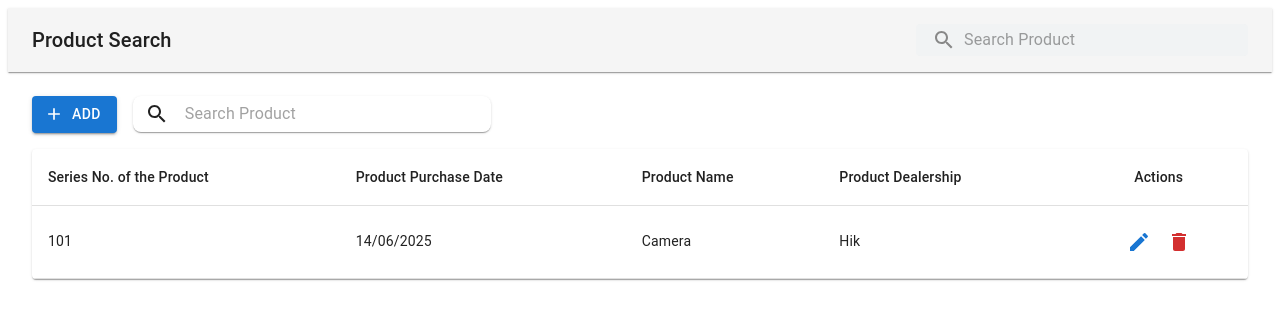
Repository: Sharathguru/Product_Task
Page: / (app in Frontend/)
These files come from the project's save history. The page is drawn as it stood at one moment and after the next save; the edit follows.
The browser window is 1280 px wide. The pictures show the whole page.
The project was rebuilt for these pictures with package versions that can differ from the ones it lists, and the page was loaded fresh each time. Requests to the local data server were answered from the project's data file. Also part of the build but not shown: Frontend/vite.config.js, Frontend/src/index.css, Frontend/src/Pages/Insert.jsx, Frontend/src/Pages/Update.jsx, Frontend/src/Pages/Delete.jsx.

Above is the page before, as saved 2025-06-13 15:10:12.

### Frontend/src/App.jsx
import React from 'react'
import { BrowserRouter, Route, Routes } from 'react-router-dom'
import { ToastContainer } from 'react-toastify';
import 'react-toastify/dist/ReactToastify.css';
import Home from './Components/Home'
import Insert from './Pages/Insert'
import Update from './Pages/Update'
import Fetch from './Pages/Fetch'
import Delete from './Pages/Delete'

const App = () => {
  return (
    <>
      <ToastContainer position="top-right" autoClose={2000} />
      <BrowserRouter>
      <Routes>
        <Route path="/" element={<Home />} />
        <Route path="/insert" element={<Insert />} />
        <Route path="/update" element={<Update />} />
        <Route path="/fetch" element={<Fetch />} />
        <Route path="/delete" element={<Delete />} />
      </Routes>
        {/* <Route path="*" element={<h1>404 Not Found</h1>} /> */}
      </BrowserRouter>
    </>
  )
}

export default App

### Frontend/src/Components/Home.jsx
import React from "react";
import Navbar from "./Navbar";
import Fetch from "../Pages/Fetch";

const Home = () => {
  const [search, setSearch] = React.useState("");

  return (
    <div>
      <Navbar search={search} setSearch={setSearch} />
      <Fetch search={search} />
    </div>
  );
};

export default Home;

### Frontend/src/Pages/Fetch.jsx
import React from "react";
import axios from "../axios/axios.js";
import { useNavigate } from "react-router-dom";
import DeleteIcon from "@mui/icons-material/Delete";
import EditIcon from "@mui/icons-material/Edit";
import AddIcon from "@mui/icons-material/Add";
import Table from "@mui/material/Table";
import TableBody from "@mui/material/TableBody";
import TableCell from "@mui/material/TableCell";
import TableContainer from "@mui/material/TableContainer";
import TableHead from "@mui/material/TableHead";
import TableRow from "@mui/material/TableRow";
import Paper from "@mui/material/Paper";
import IconButton from "@mui/material/IconButton";
import InputBase from "@mui/material/InputBase";
import Box from "@mui/material/Box";
import SearchIcon from "@mui/icons-material/Search";
import Button from "@mui/material/Button";
import { toast } from "react-toastify";

const Fetch = ({ search }) => {
  const [products, setProducts] = React.useState([]);
  const [error, setError] = React.useState("");
  const navigate = useNavigate();

  const fetchData = async () => {
    try {
      const res = await axios.get("/user");
      setProducts(res.data);
    } catch (err) {
      setError("Failed to fetch data.");
    }
  };

  React.useEffect(() => {
    fetchData();
  }, []);

  const handleDelete = async (seriesNo) => {
    if (!window.confirm("Are you sure you want to delete this product?")) return;
    try {
      await axios.delete(`/user/${seriesNo}`);
      setProducts(products.filter((item) => item.Series_No !== seriesNo));
      toast.success("Product deleted successfully!");
    } catch {
      toast.error("Delete failed.");
    }
  };

  const handleEdit = (seriesNo) => {
    navigate(`/update`, { state: { seriesNo } });
  };

  const handleAdd = () => {
    navigate("/insert");
  };

  const filteredProducts = products.filter((item) =>
    Object.values(item)
      .join(" ")
      .toLowerCase()
      .includes(search.toLowerCase())
  );

  return (
    <Box sx={{ p: 3 }}>
      <Box sx={{ display: "flex", alignItems: "center", mb: 2 }}>
        <Button
          variant="contained"
          color="primary"
          startIcon={<AddIcon />}
          onClick={handleAdd}
          sx={{ mr: 2 }}
        >
          Add
        </Button>
        <Paper
          component="form"
          sx={{
            p: "2px 4px",
            display: "flex",
            alignItems: "center",
            width: 350,
            borderRadius: 2,
            boxShadow: 1,
          }}
        >
          <SearchIcon sx={{ ml: 1, mr: 1 }} />
          <InputBase
            sx={{ ml: 1, flex: 1 }}
            placeholder="Search Product"
            inputProps={{ "aria-label": "search product" }}
            value={search}
            onChange={(e) => setSearch(e.target.value)}
          />
        </Paper>
      </Box>
      <TableContainer component={Paper}>
        <Table>
          <TableHead>
            <TableRow>
              <TableCell>Series No. of the Product</TableCell>
              <TableCell>Product Purchase Date</TableCell>
              <TableCell>Product Name</TableCell>
              <TableCell>Product Dealership</TableCell>
              <TableCell align="center">Actions</TableCell>
            </TableRow>
          </TableHead>
          <TableBody>
            {filteredProducts.map((item, idx) => (
              <TableRow key={item.Series_No + idx}>
                <TableCell>{item.Series_No}</TableCell>
                <TableCell>
                  {item.Product_Purchase_Date &&
                    !isNaN(new Date(item.Product_Purchase_Date)) &&
                    new Date(item.Product_Purchase_Date).toLocaleDateString("en-GB")}
                </TableCell>
                <TableCell>{item.Product_Name}</TableCell>
                <TableCell>{item.Product_Dealership}</TableCell>
                <TableCell align="center">
                  <IconButton
                    color="primary"
                    onClick={() => handleEdit(item.Series_No)}
                  >
                    <EditIcon />
                  </IconButton>
                  <IconButton
                    color="error"
                    onClick={() => handleDelete(item.Series_No)}
                  >
                    <DeleteIcon />
                  </IconButton>
                </TableCell>
              </TableRow>
            ))}
            {filteredProducts.length === 0 && (
              <TableRow>
                <TableCell colSpan={5} align="center">
                  No products found.
                </TableCell>
              </TableRow>
            )}
          </TableBody>
        </Table>
      </TableContainer>
      {error && <p style={{ color: "red" }}>{error}</p>}
    </Box>
  );
};

export default Fetch;

### Frontend/src/Components/Navbar.jsx
import React from "react";
import AppBar from "@mui/material/AppBar";
import Toolbar from "@mui/material/Toolbar";
import Typography from "@mui/material/Typography";
import Box from "@mui/material/Box";
import InputBase from "@mui/material/InputBase";
import SearchIcon from "@mui/icons-material/Search";

const Navbar = ({ search, setSearch }) => {
  return (
    <AppBar position="static" color="default" elevation={1}>
      <Toolbar>
        <Box sx={{ display: "flex", alignItems: "center", flexGrow: 1 }}>
          <Typography variant="h6" color="inherit" noWrap>
            Product Search
          </Typography>
        </Box>
        <Box
          sx={{
            position: "relative",
            borderRadius: 1,
            backgroundColor: "#f1f3f4",
            marginLeft: 0,
            width: 300,
            display: "flex",
            alignItems: "center",
            px: 2,
          }}
        >
          <SearchIcon sx={{ color: "#888", mr: 1 }} />
          <InputBase
            placeholder="Search Product"
            inputProps={{ "aria-label": "search" }}
            fullWidth
            value={search}
            onChange={(e) => setSearch(e.target.value)}
          />
        </Box>
      </Toolbar>
    </AppBar>
  );
};

export default Navbar;

### Frontend/src/axios/axios.js
import axios from 'axios'

const instance = axios.create({
    baseURL: 'http://localhost:3000'
})
export default instance

### Frontend/backend/db.json
{
  "user": [

    {
      "id": "2793",
      "Series_No": "101",
      "Product_Purchase_Date": "2025-06-14",
      "Product_Name": "Camera",
      "Product_Dealership": "Hik"
    }
  ]
}

Loaded but not shown: Frontend/index.html (common file); Frontend/src/main.jsx (common file)

After the next save:
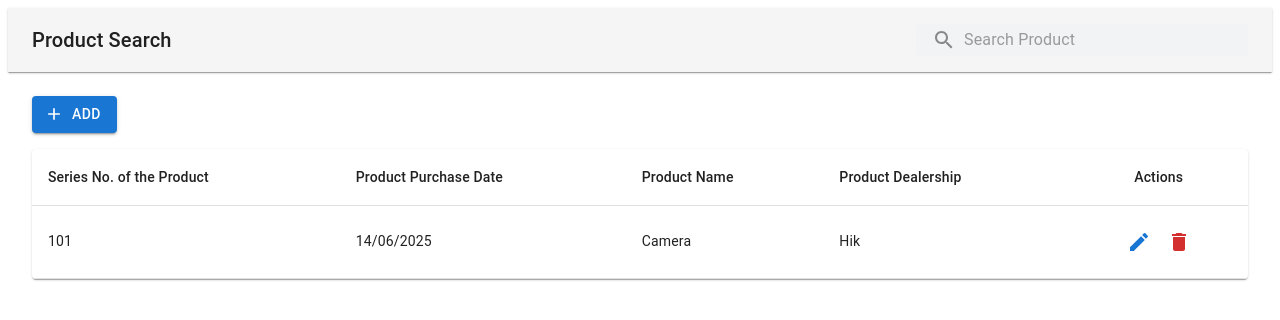
Saved 7 s later.
--- a/Frontend/src/Pages/Fetch.jsx
+++ b/Frontend/src/Pages/Fetch.jsx
@@ -74,7 +74,7 @@ const Fetch = ({ search }) => {
         >
           Add
         </Button>
-        <Paper
+        {/* <Paper
           component="form"
           sx={{
             p: "2px 4px",
@@ -93,7 +93,7 @@ const Fetch = ({ search }) => {
             value={search}
             onChange={(e) => setSearch(e.target.value)}
           />
-        </Paper>
+        </Paper> */}
       </Box>
       <TableContainer component={Paper}>
         <Table>
